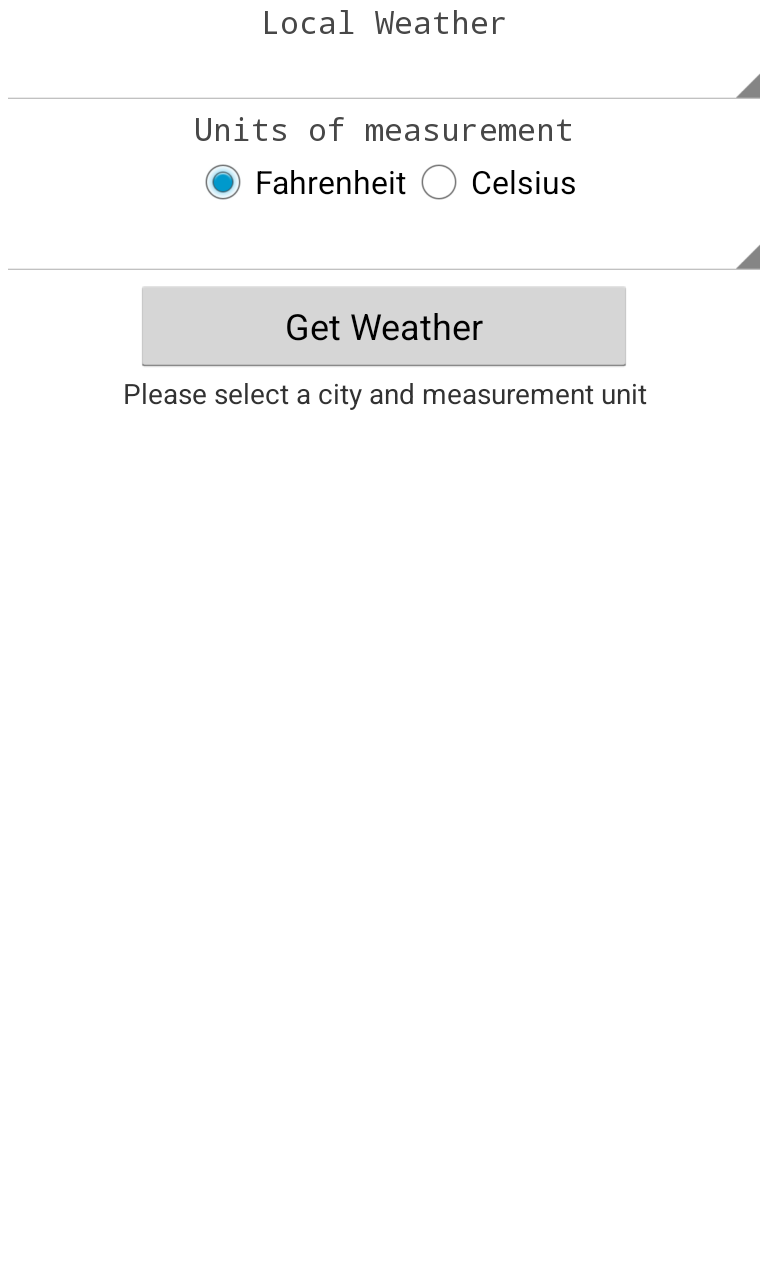
Repository: efreestone/Java1
Layout: Java1Project4/res/layout/activity_main.xml
An editor plug-in stored every save of this project. The layout is shown before and after the next save, followed by the edit.
It is drawn on a 768 x 1280 px phone screen (xhdpi) without system bars, with theme AppTheme; the app's code is not run.

Above is the layout before, as saved 2014-03-26 03:51:29.

After the next save:
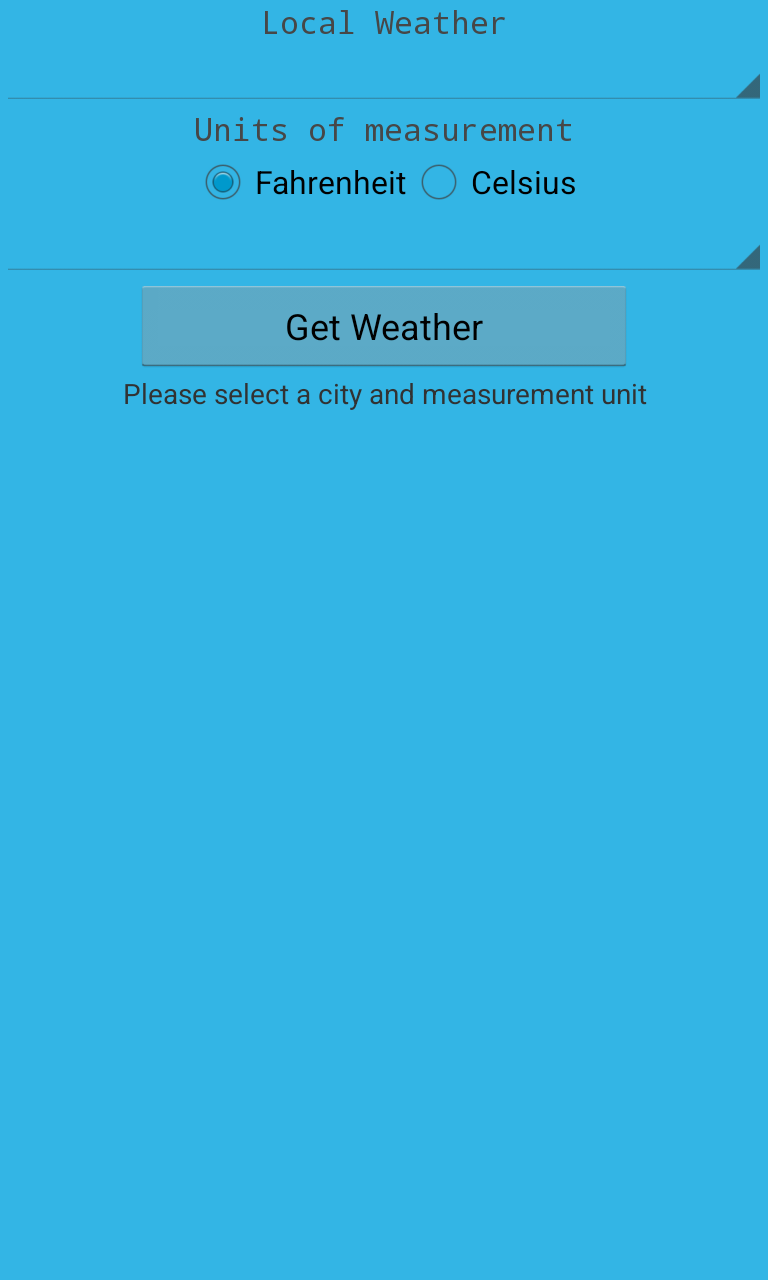
Saved 29 s later.
--- a/Java1Project4/res/values-v14/styles.xml
+++ b/Java1Project4/res/values-v14/styles.xml
@@ -16,7 +16,7 @@
         </style>
 
         <style name="backgroundStyle">
-            <item name="android:background">@android:color/primary_text_light</item>
+            <item name="android:background">@android:color/holo_blue_light</item>
         </style>
 
 
